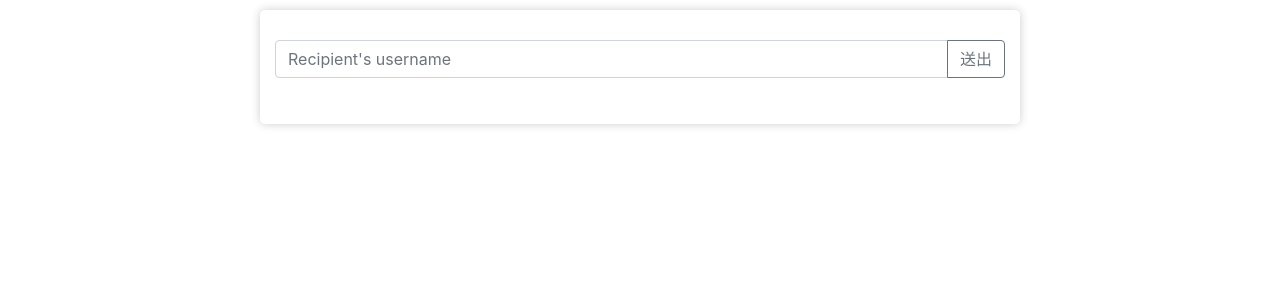
Repository: iian0910/vue3_todoList
Page: /
The author's editor kept a copy of each file at every save. The page is drawn from the files as they stood at one save, then again after the next save.
The browser window is 1280 px wide. The pictures show the whole page.
The project was rebuilt for these pictures with package versions that can differ from the ones it lists, and the page was loaded fresh each time.

Above is the page before, as saved 2021-02-23 14:54:20.

### src/App.vue
<template>
  <TodoList/>
</template>

<script lang="ts">
import { defineComponent } from 'vue'
import TodoList from './components/TodoList.vue'

export default defineComponent({
  name: 'App',
  components: {
    TodoList
  }
})
</script>

<style lang="scss">
@import './assets/scss/all';
</style>

### src/assets/scss/all.scss
@import '~bootstrap/scss/bootstrap.scss';
@import './helpers/variables';

### src/components/TodoList.vue
<template>
  <div class="container">
    <div class="row">
      <div class="col-8 offset-2 content">
        <!-- input 輸入框 -->
        <div class="input-group mb-3">
          <input type="text" class="form-control" placeholder="Recipient's username">
          <div class="input-group-append">
            <button class="btn btn-outline-secondary" type="button">送出</button>
          </div>
        </div>
        <!---->

        <!-- List 展示 -->
        <!---->
      </div>
    </div>
  </div>
</template>
<script lang="ts">
export default {

}
</script>
<style lang="scss">
.content{
  padding: 30px;
  margin: 10px auto;
  border-radius: 5px;
  box-shadow: 0px 0px 10px 0px rgba(0, 0, 0, 0.2);
}
</style>

Loaded but not shown: public/index.html (common file); src/main.ts (common file); src/assets/scss/helpers/_variables.scss (1146 lines, source omitted)

After the next save:
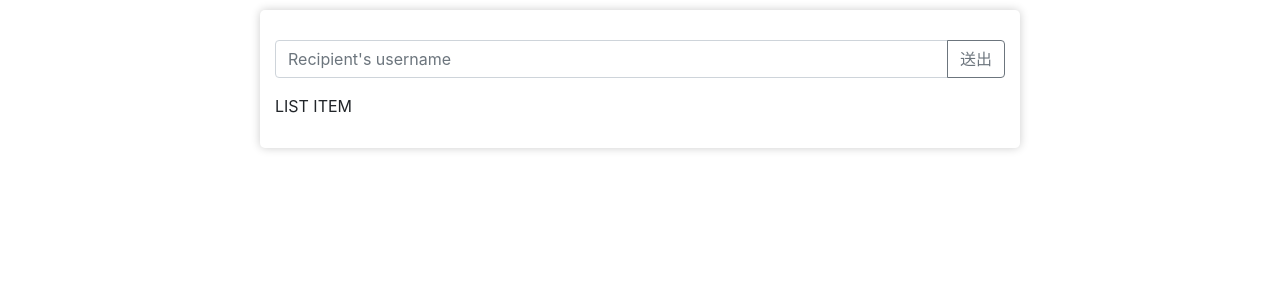
Saved 2 min 33 s later.
--- a/src/components/TodoList.vue
+++ b/src/components/TodoList.vue
@@ -12,6 +12,9 @@
         <!---->
 
         <!-- List 展示 -->
+        <ul class="list">
+          <li class="list-item">LIST ITEM</li>
+        </ul>
         <!---->
       </div>
     </div>
@@ -29,4 +32,9 @@ export default {
   border-radius: 5px;
   box-shadow: 0px 0px 10px 0px rgba(0, 0, 0, 0.2);
 }
+.list{
+  padding: 0;
+  margin: 0;
+  list-style: none;
+}
 </style>
